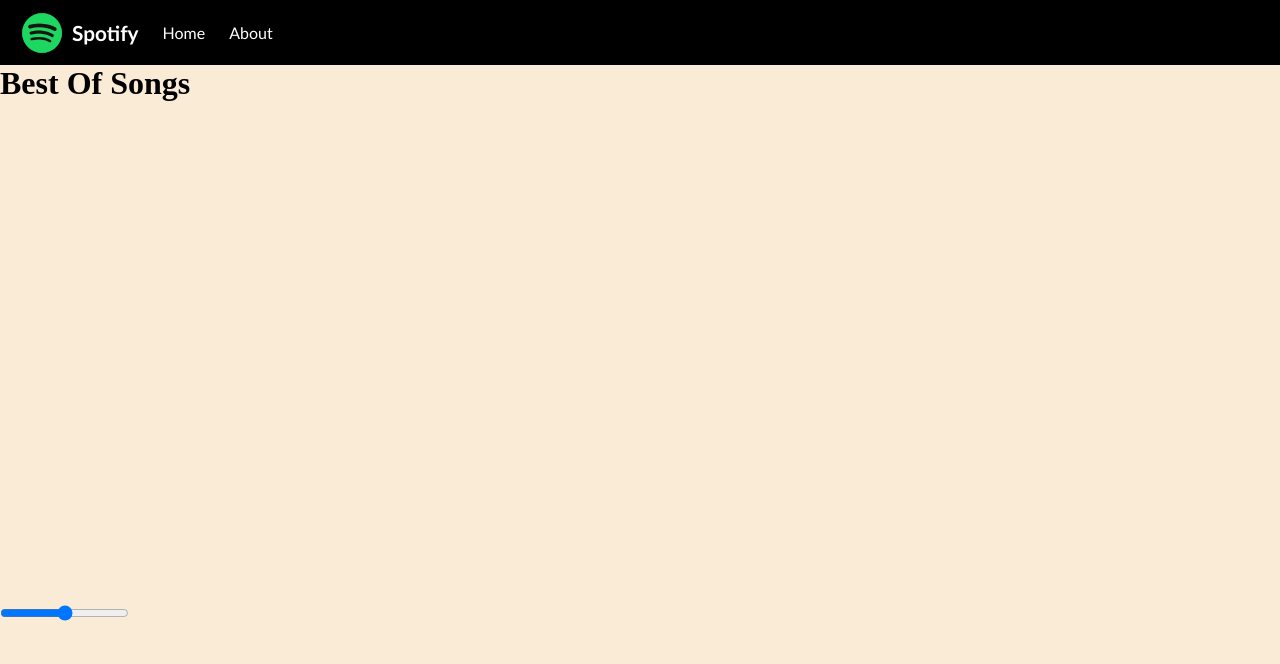
Repository: Chiranshukapil/Spotify-Project
Page: index.html
An editor plug-in stored every save of this project. The page is shown before and after the next save, followed by the edit.
The browser window is 1280 px wide. The pictures show the whole page.

Above is the page before, as saved 2024-06-17 19:49:47.

After the next save:
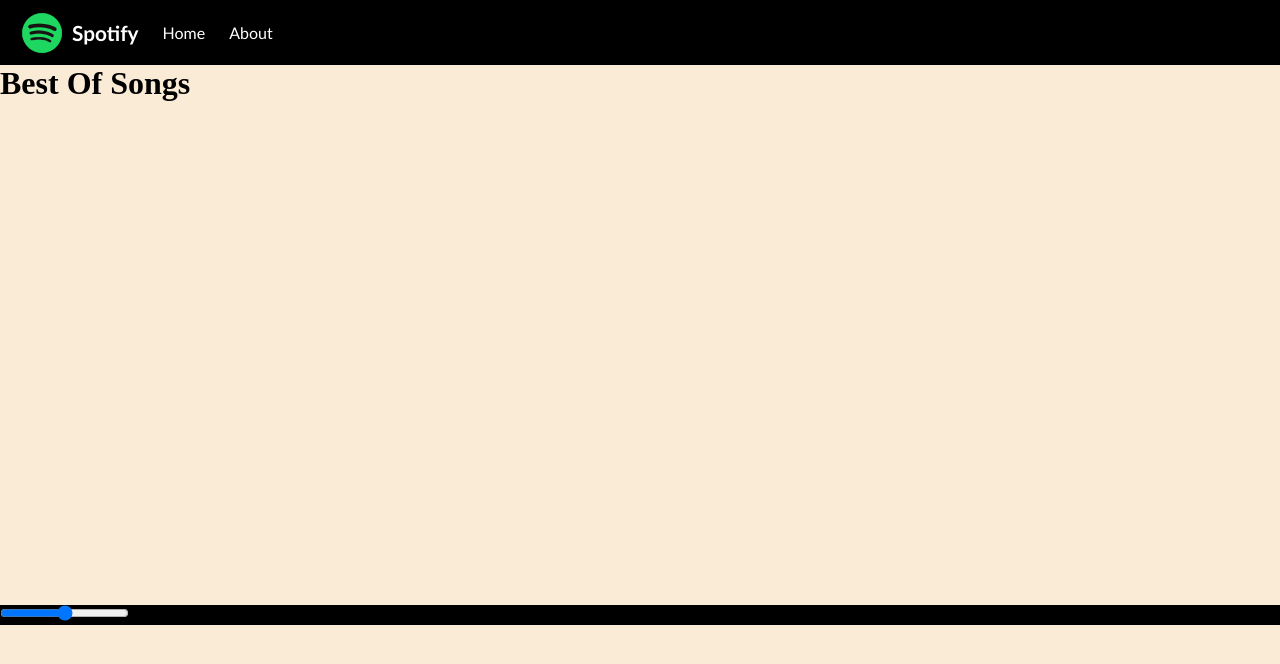
Saved 16 s later.
--- a/style.css
+++ b/style.css
@@ -41,3 +41,7 @@
 .container{
     min-height: 75vh;
 }
+
+.bottom{
+    background-color: black;
+}
